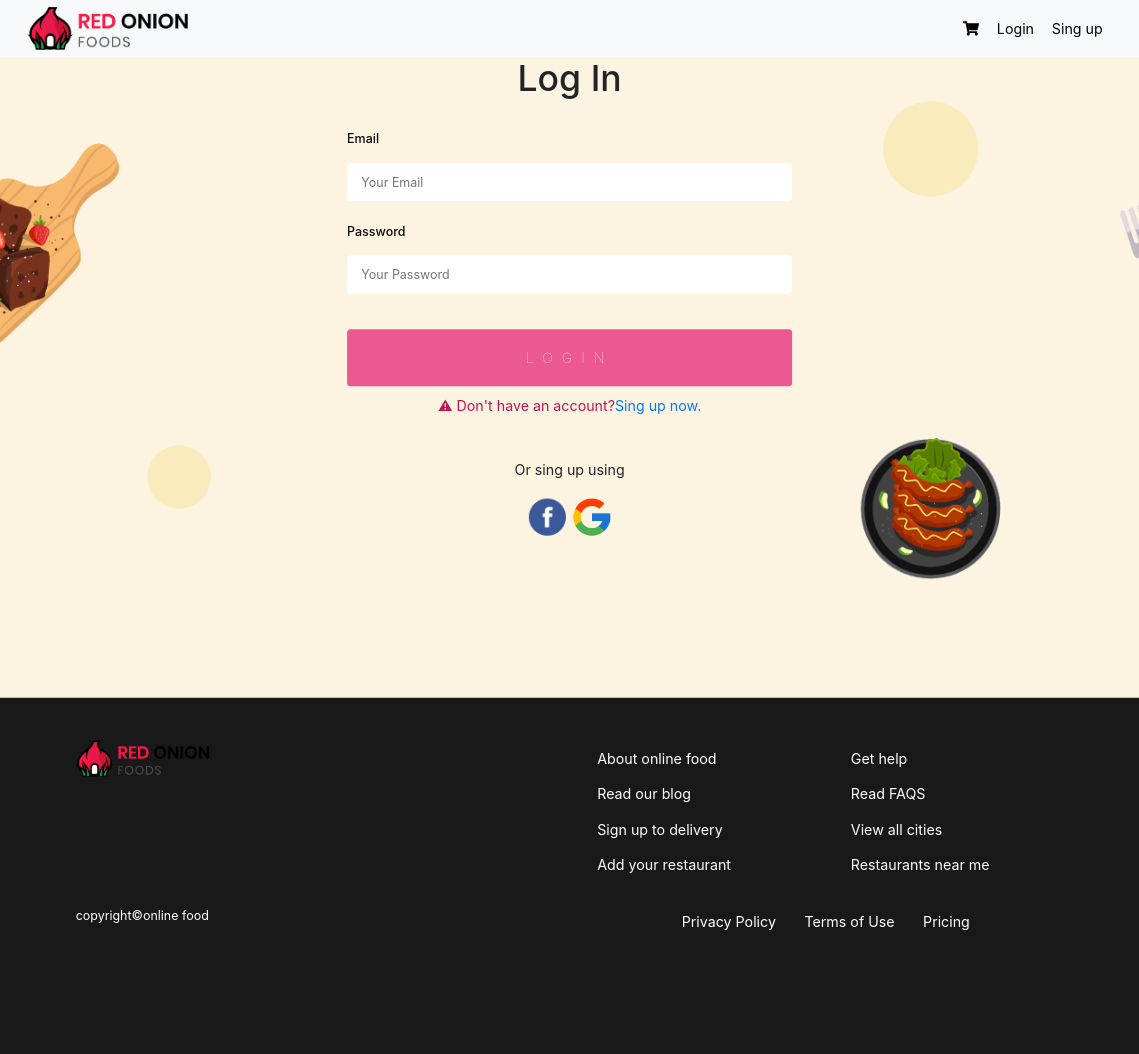
Repository: arif286/red-onion-client
Page: /login
The author's editor kept a copy of each file at every save. The page is drawn from the files as they stood at one save, then again after the next save.
The browser window is 1280 px wide. The pictures show the whole page, at 89% of full size.
The project was rebuilt for these pictures with package versions that can differ from the ones it lists, and the page was loaded fresh each time. Some packages were replaced by stand-ins written for this rebuild. Also part of the build but not shown: src/App.css, src/components/Cart/Cart.js, src/components/SearchBar/SearchBar.css, src/components/SearchBar/SearchBar.js, src/components/FoodDetails/FoodDetail.css, src/components/FoodDetails/FoodDetail.js, src/components/DeliveryFood/DeliveryFood.js, src/components/Food/Food.css and 5 more.

Above is the page before, as saved 2021-03-26 01:10:06.

After the next save:
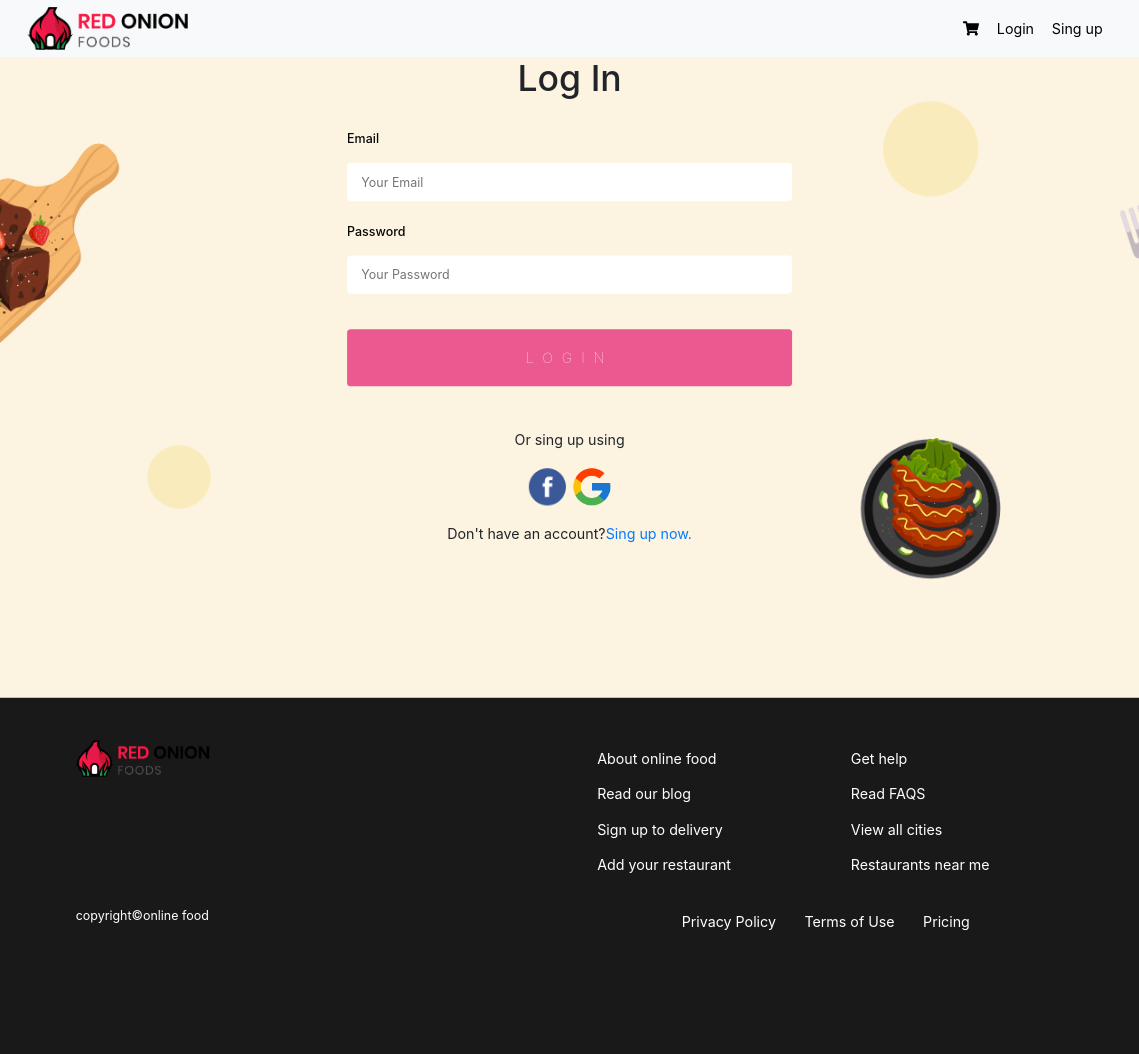
Saved 36 s later.
--- a/src/components/LogIn/Login.js
+++ b/src/components/LogIn/Login.js
@@ -78,13 +78,14 @@ const Login = () => {
         {setLoggedInUser.success && (
           <p className="text-center">{setLoggedInUser.error}</p>
         )}
+      </form>
+      <div>
+        <WithoutLogin />
         <p className="text-center">
           Don't have an account?
           <Link to="/singUp">Sing up now.</Link>
         </p>
-      </form>
-      <WithoutLogin/>
-
+      </div>
     </div>
   );
 };
